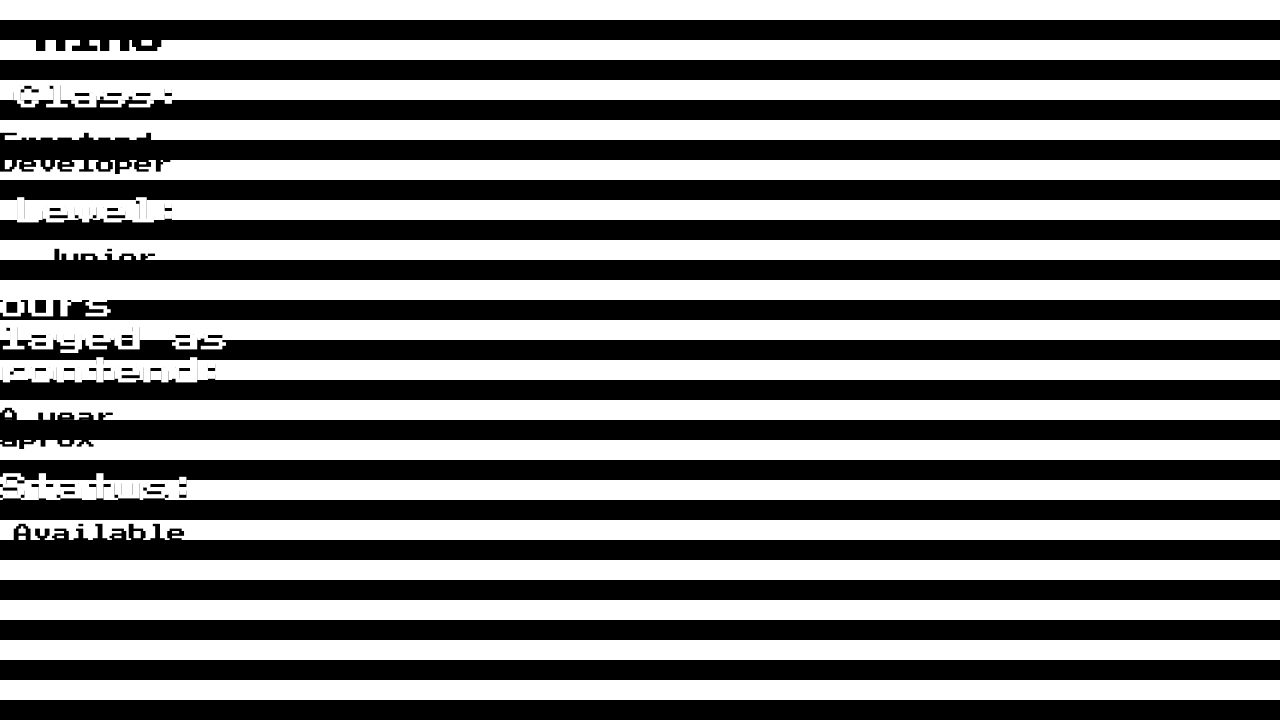
Repository: sernalab/soon
Page: index.html
An editor plug-in stored every save of this project. The page is shown before and after the next save, followed by the edit.
The browser window is 1280 px wide. The pictures show the whole page.
Some web fonts or font styles are not loaded; a fallback is used.

Above is the page before, as saved 2018-12-24 01:49:42.

### index.html
<!DOCTYPE html>
<html lang="en">

<head>
    <meta charset="UTF-8">
    <meta name="viewport" content="width=device-width, initial-scale=1.0">
    <meta http-equiv="X-UA-Compatible" content="ie=edge">
    <title>Lulz</title>
    <link rel="stylesheet" href="css/styles.css">
    <link href="https://fonts.googleapis.com/css?family=Aldrich" rel="stylesheet">
    <link href="https://fonts.googleapis.com/css?family=Press+Start+2P" rel="stylesheet">

</head>

<body>
    <main>
        <h1>HiHo</h1>
        <span>Class:</span>
        <p> Frontend Developer</p>
        <span>Level:</span>
        <p>Junior</p>
        <span>Hours Played as Frontend:</span>
        <p>A year aprox</p>
        <span>Status:</span>
        <p>Available</p>
    </main>
</body>

<script>
    // google analitycs
</script>

</html>

### css/styles.css
/*! normalize.css v8.0.1 | MIT License | github.com/necolas/normalize.css */


/* Document
   ========================================================================== */


/**
 * 1. Correct the line height in all browsers.
 * 2. Prevent adjustments of font size after orientation changes in iOS.
 */

html {
    line-height: 1.15;
    /* 1 */
    -webkit-text-size-adjust: 100%;
    /* 2 */
}


/* Sections
   ========================================================================== */


/**
 * Remove the margin in all browsers.
 */

body {
    margin: 0;
}


/**
 * Render the `main` element consistently in IE.
 */

main {
    display: block;
}


/**
 * Correct the font size and margin on `h1` elements within `section` and
 * `article` contexts in Chrome, Firefox, and Safari.
 */

h1 {
    font-size: 2em;
    margin: 0.67em 0;
}


/* Grouping content
   ========================================================================== */


/**
 * 1. Add the correct box sizing in Firefox.
 * 2. Show the overflow in Edge and IE.
 */

hr {
    box-sizing: content-box;
    /* 1 */
    height: 0;
    /* 1 */
    overflow: visible;
    /* 2 */
}


/**
 * 1. Correct the inheritance and scaling of font size in all browsers.
 * 2. Correct the odd `em` font sizing in all browsers.
 */

pre {
    font-family: monospace, monospace;
    /* 1 */
    font-size: 1em;
    /* 2 */
}


/* Text-level semantics
   ========================================================================== */


/**
 * Remove the gray background on active links in IE 10.
 */

a {
    background-color: transparent;
}


/**
 * 1. Remove the bottom border in Chrome 57-
 * 2. Add the correct text decoration in Chrome, Edge, IE, Opera, and Safari.
 */

abbr[title] {
    border-bottom: none;
    /* 1 */
    text-decoration: underline;
    /* 2 */
    text-decoration: underline dotted;
    /* 2 */
}


/**
 * Add the correct font weight in Chrome, Edge, and Safari.
 */

b,
strong {
    font-weight: bolder;
}


/**
 * 1. Correct the inheritance and scaling of font size in all browsers.
 * 2. Correct the odd `em` font sizing in all browsers.
 */

code,
kbd,
samp {
    font-family: monospace, monospace;
    /* 1 */
    font-size: 1em;
    /* 2 */
}


/**
 * Add the correct font size in all browsers.
 */

small {
    font-size: 80%;
}


/**
 * Prevent `sub` and `sup` elements from affecting the line height in
 * all browsers.
 */

sub,
sup {
    font-size: 75%;
    line-height: 0;
    position: relative;
    vertical-align: baseline;
}

sub {
    bottom: -0.25em;
}

sup {
    top: -0.5em;
}


/* Embedded content
   ========================================================================== */


/**
 * Remove the border on images inside links in IE 10.
 */

img {
    border-style: none;
}


/* Forms
   ========================================================================== */


/**
 * 1. Change the font styles in all browsers.
 * 2. Remove the margin in Firefox and Safari.
 */

button,
input,
optgroup,
select,
textarea {
    font-family: inherit;
    /* 1 */
    font-size: 100%;
    /* 1 */
    line-height: 1.15;
    /* 1 */
    margin: 0;
    /* 2 */
}


/**
 * Show the overflow in IE.
 * 1. Show the overflow in Edge.
 */

button,
input {
    /* 1 */
    overflow: visible;
}


/**
 * Remove the inheritance of text transform in Edge, Firefox, and IE.
 * 1. Remove the inheritance of text transform in Firefox.
 */

button,
select {
    /* 1 */
    text-transform: none;
}


/**
 * Correct the inability to style clickable types in iOS and Safari.
 */

button,
[type="button"],
[type="reset"],
[type="submit"] {
    -webkit-appearance: button;
}


/**
 * Remove the inner border and padding in Firefox.
 */

button::-moz-focus-inner,
[type="button"]::-moz-focus-inner,
[type="reset"]::-moz-focus-inner,
[type="submit"]::-moz-focus-inner {
    border-style: none;
    padding: 0;
}


/**
 * Restore the focus styles unset by the previous rule.
 */

button:-moz-focusring,
[type="button"]:-moz-focusring,
[type="reset"]:-moz-focusring,
[type="submit"]:-moz-focusring {
    outline: 1px dotted ButtonText;
}


/**
 * Correct the padding in Firefox.
 */

fieldset {
    padding: 0.35em 0.75em 0.625em;
}


/**
 * 1. Correct the text wrapping in Edge and IE.
 * 2. Correct the color inheritance from `fieldset` elements in IE.
 * 3. Remove the padding so developers are not caught out when they zero out
 *    `fieldset` elements in all browsers.
 */

legend {
    box-sizing: border-box;
    /* 1 */
    color: inherit;
    /* 2 */
    display: table;
    /* 1 */
    max-width: 100%;
    /* 1 */
    padding: 0;
    /* 3 */
    white-space: normal;
    /* 1 */
}


/**
 * Add the correct vertical alignment in Chrome, Firefox, and Opera.
 */

progress {
    vertical-align: baseline;
}


/**
 * Remove the default vertical scrollbar in IE 10+.
 */

textarea {
    overflow: auto;
}


/**
 * 1. Add the correct box sizing in IE 10.
 * 2. Remove the padding in IE 10.
 */

[type="checkbox"],
[type="radio"] {
    box-sizing: border-box;
    /* 1 */
    padding: 0;
    /* 2 */
}


/**
 * Correct the cursor style of increment and decrement buttons in Chrome.
 */

[type="number"]::-webkit-inner-spin-button,
[type="number"]::-webkit-outer-spin-button {
    height: auto;
}


/**
 * 1. Correct the odd appearance in Chrome and Safari.
 * 2. Correct the outline style in Safari.
 */

[type="search"] {
    -webkit-appearance: textfield;
    /* 1 */
    outline-offset: -2px;
    /* 2 */
}


/**
 * Remove the inner padding in Chrome and Safari on macOS.
 */

[type="search"]::-webkit-search-decoration {
    -webkit-appearance: none;
}


/**
 * 1. Correct the inability to style clickable types in iOS and Safari.
 * 2. Change font properties to `inherit` in Safari.
 */

::-webkit-file-upload-button {
    -webkit-appearance: button;
    /* 1 */
    font: inherit;
    /* 2 */
}


/* Interactive
   ========================================================================== */


/*
 * Add the correct display in Edge, IE 10+, and Firefox.
 */

details {
    display: block;
}


/*
 * Add the correct display in all browsers.
 */

summary {
    display: list-item;
}


/* Misc
   ========================================================================== */


/**
 * Add the correct display in IE 10+.
 */

template {
    display: none;
}


/**
 * Add the correct display in IE 10.
 */

[hidden] {
    display: none;
}


/* custom css */

body {
    font-family: 'Press Start 2P';
    background: repeating-linear-gradient( #fff, #fff 20px, #000 20px, #000 40px);
    height: 200px;
    width: 200px;
}

main {
    display: flex;
    flex-direction: column;
    justify-content: baseline;
    align-items: center;
}

span {
    color: white;
    font-size: 1.8em;
    text-shadow: 0 .1em 0 #000;
}

p {
    font-size: 1.2em
}

After the next save:
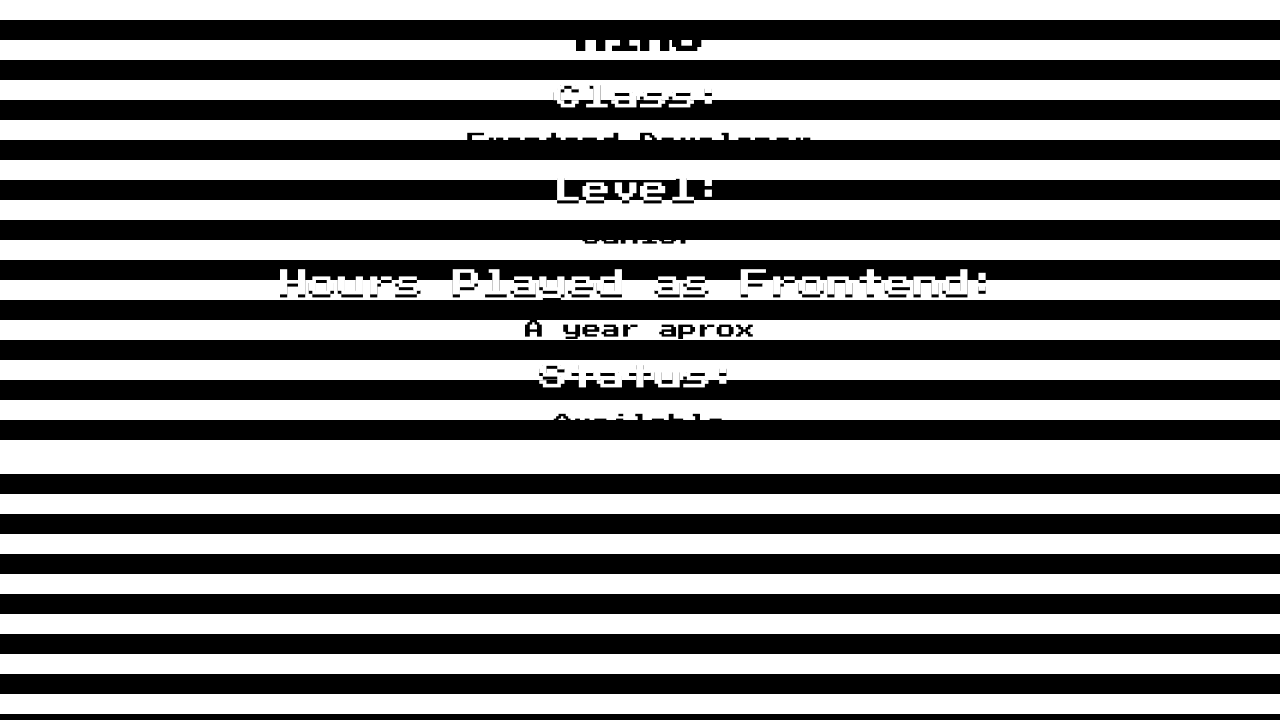
Saved 11 s later.
--- a/css/styles.css
+++ b/css/styles.css
@@ -424,8 +424,6 @@ template {
 body {
     font-family: 'Press Start 2P';
     background: repeating-linear-gradient( #fff, #fff 20px, #000 20px, #000 40px);
-    height: 200px;
-    width: 200px;
 }
 
 main {
